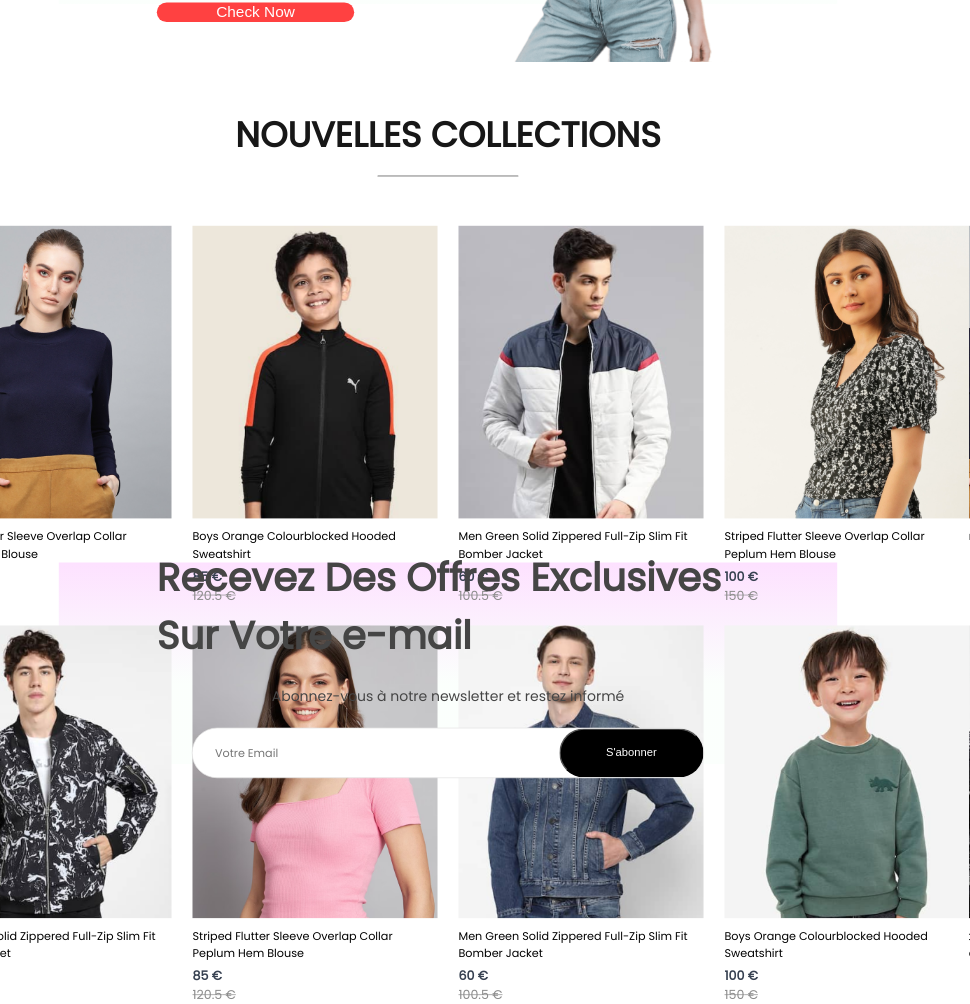
Repository: Flora-J/frontend
Page: /
These files come from the project's save history. The page is drawn as it stood at one moment and after the next save; the edit follows.
The browser window is 1280 px wide. The page is 1385 px wide, so the pictures cover 1385 px, including what lies to the right of the window. The pictures show the part of the page from y = 1892 to 3652 px (the page is 3326 px tall before and 3770 px after), at 70% of full size.
The project was rebuilt for these pictures with package versions that can differ from the ones it lists, and the page was loaded fresh each time. Also part of the build but not shown: src/App.css, src/pages/ShopCategory.jsx, src/pages/Product.jsx, src/pages/Cart.jsx, src/pages/LoginSignup.jsx.

Above is the page before, as saved 2023-11-24 12:03:12.

After the next save:
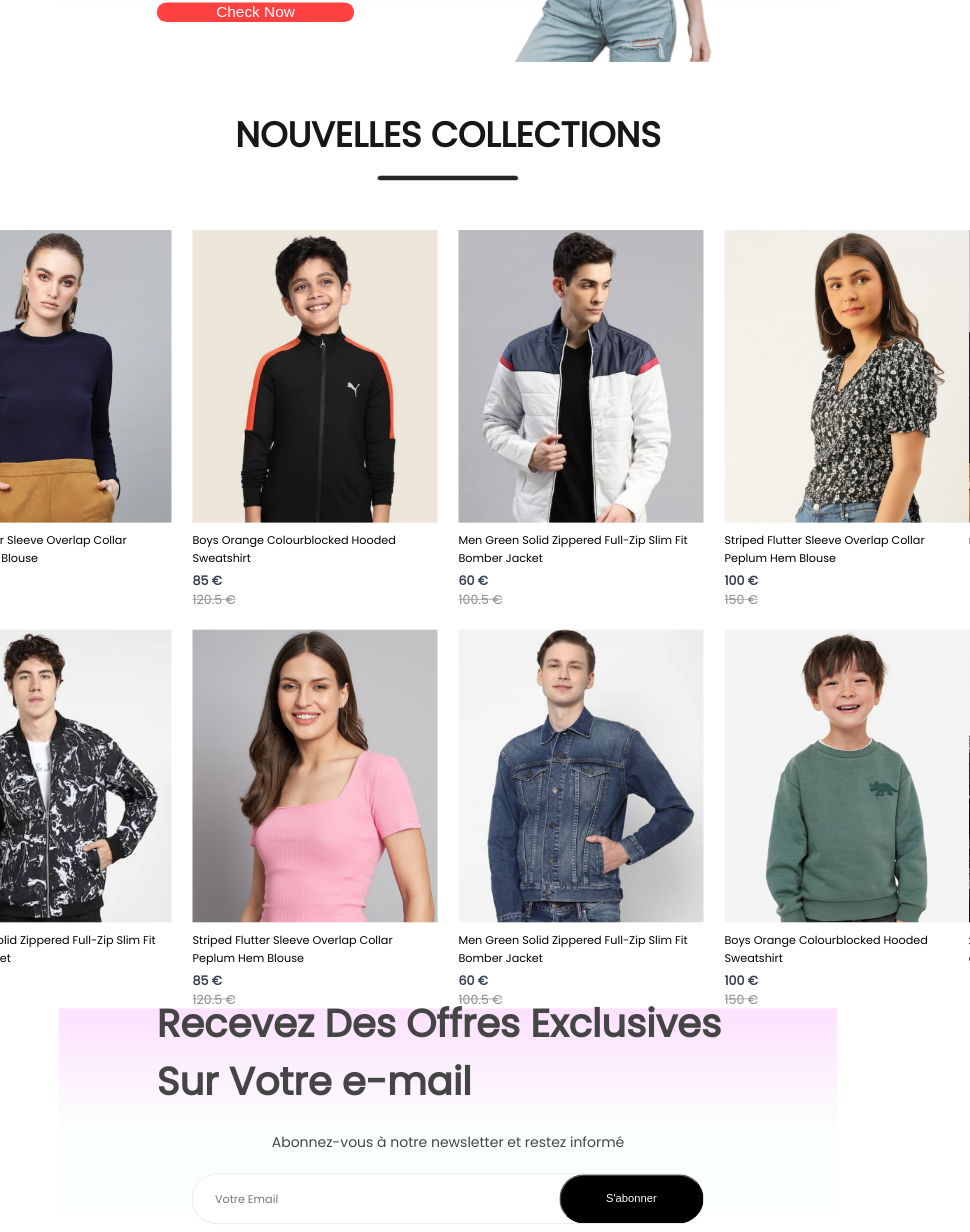
Saved 11 s later.
--- a/src/components/NewCollections/NewCollections.css
+++ b/src/components/NewCollections/NewCollections.css
@@ -3,7 +3,6 @@
   flex-direction: column;
   align-items: center;
   gap: 20px;
-  height: 90vh;
 }
 
 .new-collections h1 {
